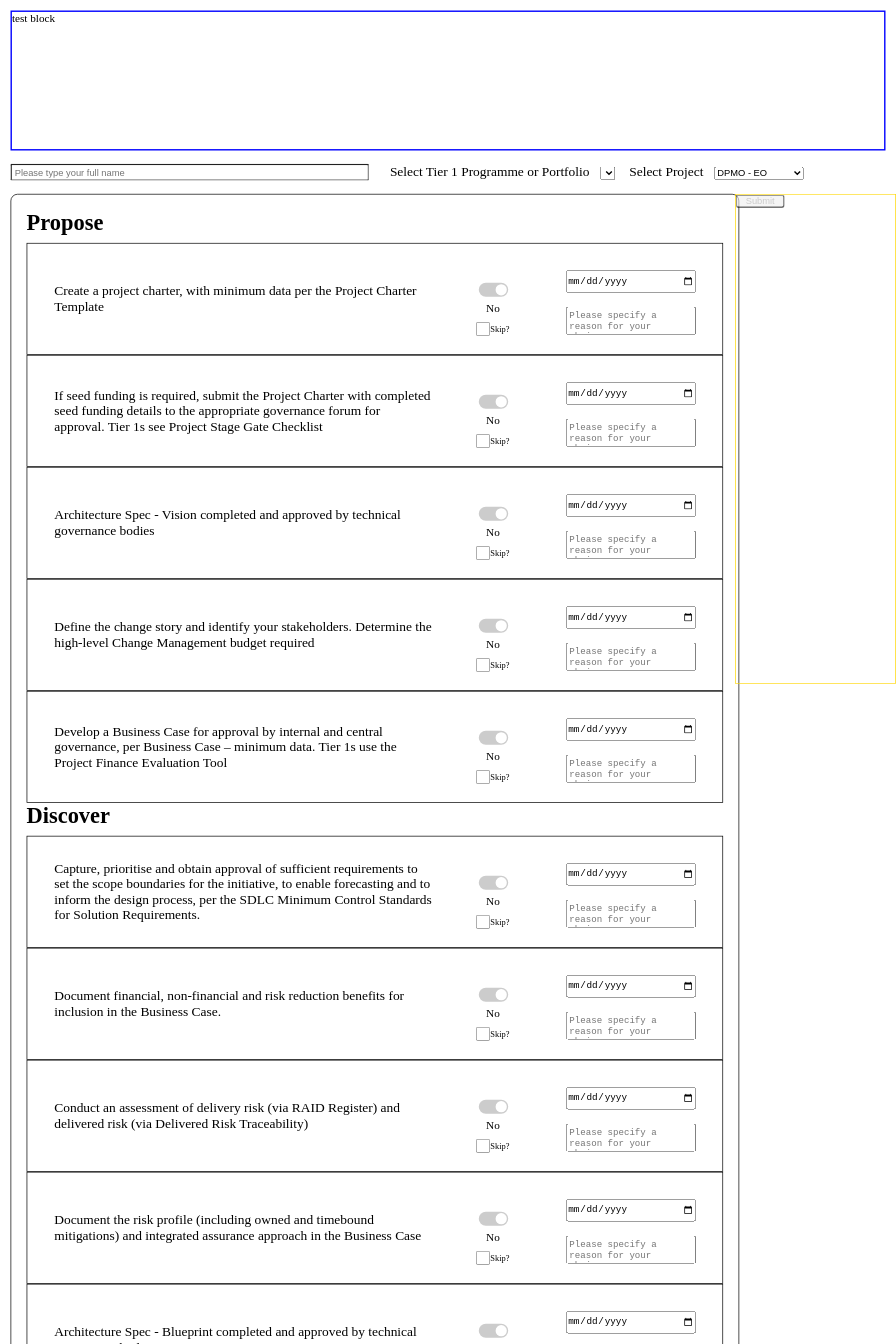
Repository: I-Alpha/JQuery-Html-form
Page: Project-form.html
An editor plug-in stored every save of this project. The page is shown before and after the next save, followed by the edit.
The browser window is 1280 px wide. The pictures show the part of the page from y = 0 to 1920 px (the page is 8709 px tall), at 70% of full size.

Above is the page before, as saved 2020-10-27 01:05:20.

### Project-form.html
<!DOCTYPE html>
<html lang="en">

<head>
    <meta charset="UTF-8">
    <meta name="viewport" content="width=device-width, initial-scale=1.0">
    <link rel="preload" type="fetch" id="Excelfile" name="Excelfile" value="QuestionData.xlsx" />
    <script src="https://ajax.googleapis.com/ajax/libs/jquery/3.5.1/jquery.min.js"></script>
    <script src="https://cdnjs.cloudflare.com/ajax/libs/xlsx/0.14.5/xlsx.full.min.js"></script>
    <script src="https://cdnjs.cloudflare.com/ajax/libs/babel-polyfill/6.26.0/polyfill.js"></script>
    <script src="https://cdnjs.cloudflare.com/ajax/libs/xlsx/0.8.0/jszip.js"></script>
    <script src="https://cdnjs.cloudflare.com/ajax/libs/xlsx/0.8.0/xlsx.js"></script>
    <script src="main.js"></script>
    <link rel="stylesheet" href="main.css" />
    </style>
    <title>Document</title>
</head>

<body style=" display:flex; flex-direction: column; padding: 15px">
    <div id="testblock" name="testblock" style="border:2px solid blue; width: 100%; min-height:200px">test block</div>


    <div id="mainwrapper" style="justify-content: center;">
        <div id="preBar" class="container">
            <div id="formControl" class="container">    <input type= "text" id= "fullname" class= "required" placeholder="Please type your full name"></input>
                <label for="selectPorfolio">Select Tier 1 Programme or Portfolio
                    <select name="selectPorfolio" id="selectPorfolio" style=" margin :0 0 0 10px; max-width:8rem;"
                        placeholder="Select Portfolio"></select></label>
                <label for="selectProject">Select Project
                    <select name="selectProject" id="selectProject" style=" margin :0 0 0 10px; max-width:8rem; "
                        placeholder="Select Portfolio"></select></label>
            </div>

        </div>
        <div id="formContainer" class="container">
            <div id="wrapper">
                <form id="form1">

                    <table class="hidden">
                        <tr>
                            <td colspan=4 class="questCol">
                                <label class="questionLabel" for="mainCheck"></label>
                            </td>
                            <td colspan=1 class="inputCol">
                                <span class="inputContainer">
                                    <span class="mainCheckContainer" style=" display:flex; flex-direction: column;">
                                        <label class="switch">
                                            <input class="mainCheck" type="checkbox" checked>
                                            <span class="slider  round"></span>
                                        </label>
                                        <p for="mainCheck" class="mainChoice" data-val="Yes">No</p>
                                    </span>
                                    <span class="skipContainer" style="left : 6px; display:flex; ">
                                        <input class="skipCheck" type="checkbox">
                                        <p class="skipChoice">Skip?</p>
                                    </span>

                                </span>
                            </td>
                            <td colspan=2 class="altCol">
                                <input type="date" min="getDate()">
                                <textarea type="text"
                                    placeholder="Please specify a reason for your choice...."></textarea>
                            </td>
                        </tr>
                    </table>

                </form>
            </div><div></div>
            <div id= "progressBar"  style ="border : 1px solid gold ; width :230px; right: 0;  position: fixed; height: 700px">
            <button style="order:1; margin:0;" class = "disabled"id="submitbtn" type="submit" form="form1" value="Submit">Submit</button>
        </div>
        </div>

    </div>

</body>

</html>

### main.css

    * {
        box-sizing: border-box;
        margin: 0;
        padding: 0;
        color: black;

    }

    html {
        width: 100%;
        height: 100%;

    }


    label{
        font-size:.9rem;
       }

    body {
        width: 100%;
        height: 100%;
        display: flex;
        position: relative;
        flex-direction: column;
    }

    .hidden{
    display:none;
    visibility: none;
    opacity: 0;
   position:absolute;
    }
    .center {

        text-align: center;
    }

    .container {
        display: flex;
        position: relative;
    }


    h1 {
        margin-bottom: 10px;
    }

    #wrapper {
        border: solid 1px black;
        border-radius: 10px;
        padding: 20px;
        margin-bottom: 10px;

    }

    #mainwrapper{
        max-width: 98%;
    }
    p {
        color: black;
        font-size: 1rem;
        height: auto;
        width: auto;
    }

 .disabled{
     opacity: 60%;
     color:darkgray;
     pointer-events: none;
 }
  form{
      width:100%;
      height : auto;
  }

    .skipContainer {
        position: relative;
        align-items: center;
        left: 0;
        display: flex;
        margin-top: 10px;
    }

    .skipCheck {
        width: 20px;
        height: 20px;

    }

    .skipChoice {font-size: 12px;}


    .skipChoice,
    .skipCheck {
        position: relative;
        left: -10px;
    }

    /* slider */
    .switch {
        position: relative;
        display: inline-block;
        width: 42px;
        height: 20px;
    }

    .switch input {
        opacity: 0;
        width: 0;
        height: 0;
    }

    .slider {
        position: absolute;
        cursor: pointer;
        top: 0;
        left: 0;
        right: 0;
        bottom: 0;
        background-color: #ccc;
        -webkit-transition: .4s;
        transition: .4s;
    }

    .slider:before {
        position: absolute;
        content: "";
        height: 16px;
        width: 16px;
        right:2px;
        bottom: 2px;
        background-color: white;
        -webkit-transition: .4s;
        transition: .4s;
    }

    .mainCheck:checked+.slider {
        background-color: #2196F3;
    }

    .mainCheck:focus+.slider {
        box-shadow: 0 0 1px #2196F3;
    }

    .mainCheck:checked+.slider:before {
        -webkit-transform: translateX(-23px);
        -ms-transform: translateX(-23px);
        transform: translateX(-23px);
    }

    /* Rounded sliders */
    .slider.round {
        border-radius: 34px;
    }

    .slider.round:before {
        border-radius: 50%;
    }

    /*end of slider section*/

    button {
        margin: 10px;
        width: 70px;
        border-radius: 4px;
    }

    td {
         display: flex;
         flex-direction: column;
    }
    td > *{
         padding : 5px 0;
    }


    tr{
        height:10rem;   border: 1px solid black;
        border-collapse: collapse;
}

tr::after{
    border: 1px solid green;
    height:1px;
    content: :" ";
    width: 100%;
    position: relative;
    display: block;
}

td.inputContainer {
    display: inline-block;
    height:100%;
}

td.inputCol{
    display:flex;
    position: relative;
    text-align: center;
    align-items:center;
    min-height:100%;

}

  .questCol textarea{

   padding:  2px  3px;
   display: block;
   position: relative;
   min-width: 95%;
}



/* iPads (portrait and landscape) ----------- */
@media only screen
and (min-device-width : 768px)
and (max-device-width : 1024px) {
/* Styles */
}

/* iPads (landscape) ----------- */
@media only screen
and (min-device-width : 768px)
and (max-device-width : 1024px)
and (orientation : landscape) {
/* Styles */
}

/* iPads (portrait) ----------- */
@media only screen
and (min-device-width : 768px)
and (max-device-width : 1024px)
and (orientation : portrait) {
/* Styles */
}

/* Desktops and laptops ----------- */
@media only screen
and (min-width : 1224px) {
/* Styles */

 label {
     font-size: 1.2rem;
 }

#wrapper{
     min-width: 85%;
     height:auto;
    }

    .inputContainer{

        position: relative;
        top:15px;
     }

    td.inputCol{
        position: absolute;
        vertical-align: middle;


    }

    td {
        position: relative;
        justify-content: center;
        padding:10px 15px;}

    .questCol{
        position: relative;
        padding-right: 5px;
        max-width:35rem;
    }

    td.altCol{
        position: relative;
        height: 100%;
    }
     textarea{
        resize: none;
        display: block;
        font-size: 13px;
        text-align: start;
        align-content: flex-start;
         width:100%;
         top:10px;
         position: relative;
         margin-top:10px;
         padding: 4px 4px;
         align-items: flex-start;
    }

     td.altCol input {
         width:100%;
     }

    tr{
        display: flex;
        flex-direction: row;
        border: 1px solid black;
        border-collapse: collapse;
        justify-content: space-around;

    }


  #preBar{
   display: grid;
   flex-direction: row;
     grid-column: 3;
   margin : 10px 0;
  }



  #preBar >{
 display: flex;
 height:2rem;
  }

  #radioBtnBox label{
    margin: 0 20px;
  }

  #radioBtnBox label input{
    margin: 0 10px;
  }
  #radioBtnBox{
    margin-left:90px;
    border:1px solid black;
    padding: 10px 0;
}

#formControl select{

    margin: 0px 10px 0  0;
}
#formControl label{
   margin:10px;
    align-items:center;

}

 #fullname{
     position: relative;
     max-height:1.5rem;
     bottom:-9.2px;
     width: 32rem;
    border-radius:2px;
    padding:0 4px;
    margin-right:20px;
    }

#form1 {


    position: relative;
display: flex;
flex-direction: column;
}

table{
    width:100%;
}


.mainChoice {
    display: flex;
    margin-top: 8px;
    left:10px;
    position: relative;
}

#formContainer{


}

td.inputContainer {
    display: inline-block;
    height:100%;
}

td.inputCol{
    display:flex;
    position: relative;
    vertical-align: middle;
    text-align: center;
    align-items:center;
    min-height:100%;

}
}

/* Large screens ----------- */
@media only screen
and (min-width : 1824px) {
/* Styles */
}

/* iPhone 4 ----------- */
@media
only screen and (-webkit-min-device-pixel-ratio : 1.5),
only screen and (min-device-pixel-ratio : 1.5) {
/* Styles */
}

Loaded but not shown: main.js (514 lines, source omitted)

After the next save:
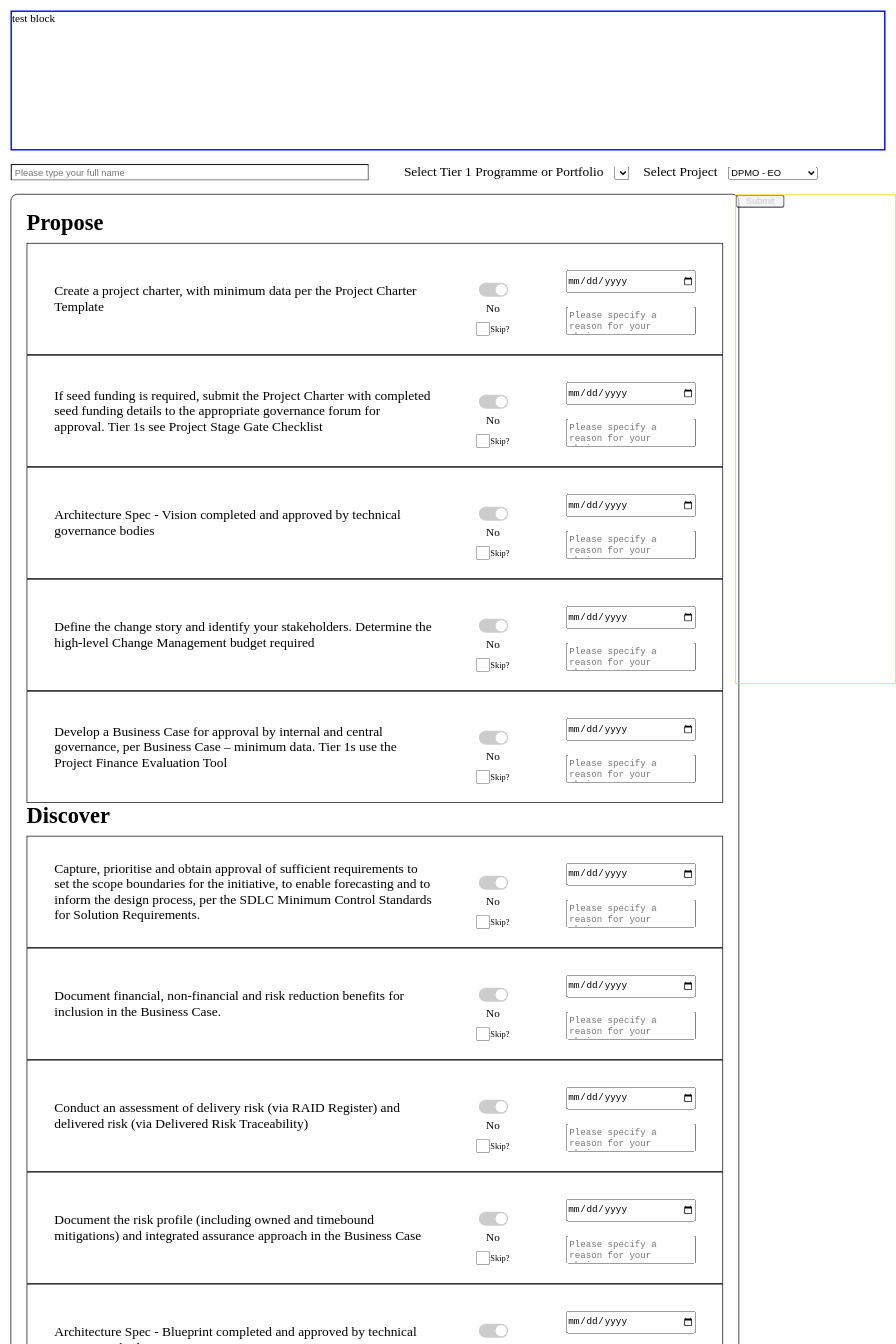
Saved 8 s later.
--- a/main.css
+++ b/main.css
@@ -351,7 +351,7 @@ and (min-width : 1224px) {
      width: 32rem;
     border-radius:2px;
     padding:0 4px;
-    margin-right:20px;
+    margin-right:40px;
     }
 
 #form1 {
